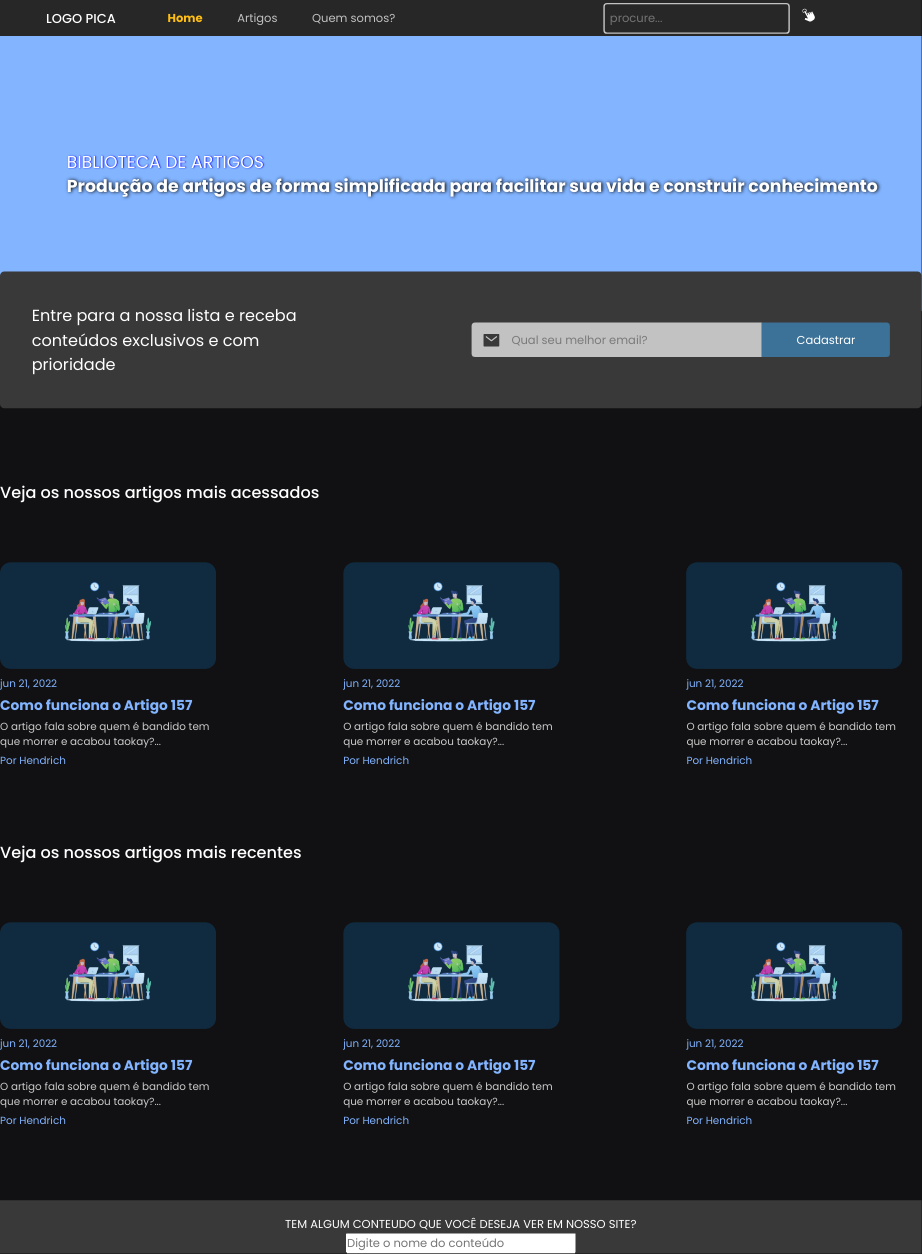
Repository: ArthurHendrich/Inepto
Page: /
These files come from the project's save history. The page is drawn as it stood at one moment and after the next save; the edit follows.
The browser window is 1280 px wide. The pictures show the whole page, at 72% of full size.
The project was rebuilt for these pictures with package versions that can differ from the ones it lists, and the page was loaded fresh each time. The framework's server and built-in components were replaced by stand-ins that run in the browser. Also part of the build but not shown: next.config.js.

Above is the page before, as saved 2022-07-06 21:30:17.

### src/pages/_app.tsx
import { AppProps } from "next/app";
import { Header } from "../components/header";

import '../styles/global.scss';

function MyApp({ Component, pageProps }: AppProps) {
  return (
    <>
    <Header />
    <Component {...pageProps} />
    </>
  );
}

export default MyApp;

### src/pages/_document.tsx
import Document, { Html, Head, Main, NextScript } from "next/document";

export default class MyDocument extends Document {
  render() {
    return (
      <Html>
        <Head>
          <link rel="preconnect" href="https://fonts.googleapis.com" />
          <link
            href="https://fonts.googleapis.com/css2?family=Poppins:wght@400;500;700;900&display=swap"
            rel="stylesheet"
          />
          <link rel="shortcut icon" href="favicon.png" type="image/png" />
        </Head>
        <body>
          <Main />
          <NextScript />
        </body>
      </Html>
    );
  }
}

### src/pages/index.tsx
import Head from "next/head";

import styles from "../styles/home.module.scss";

import { IoMailSharp } from 'react-icons/io5';

export default function Home() {
  return (
    <>
      <Head>
        <title>Direito Inepto</title>
      </Head>

      <main>
        <section className={styles.headerContainer}>
          <div className={styles.headerText}>
            <h1>BIBLIOTECA DE ARTIGOS</h1>
            <h2>
              Produção de artigos de forma simplificada para facilitar sua vida
              e construir conhecimento
            </h2>
          </div>
        </section>

        <section className={styles.inputContainer}>
          <h2>
            Entre para a nossa lista e receba conteúdos exclusivos e com
            prioridade
          </h2>
          <div className={styles.inputContent}>
            <div className={styles.ContentFake}>
              <IoMailSharp className={styles.mail}/>
              <input type="text" placeholder="Qual seu melhor email?" />
            </div>
              <button>Cadastrar</button>
          </div>
        </section>

        <section className={styles.acessContainer}>
          <div className={styles.acessTitle}>
            Veja os nossos artigos mais acessados
          </div>
          <div className={styles.acessContent}>
            <div className={styles.contentItem}>
              <img src="images/imagemteste.png" alt="teste" />
              <time>jun 21, 2022</time>
              <h2>Como funciona o Artigo 157</h2>
              <p>O artigo fala sobre quem é bandido tem que morrer e acabou taokay?...</p>
              <span>Por Hendrich</span>
            </div>
            <div className={styles.contentItem}>
              <img src="images/imagemteste.png" alt="teste" />
              <time>jun 21, 2022</time>
              <h2>Como funciona o Artigo 157</h2>
              <p>O artigo fala sobre quem é bandido tem que morrer e acabou taokay?...</p>
              <span>Por Hendrich</span>
            </div>
            <div className={styles.contentItem}>
              <img src="images/imagemteste.png" alt="teste" />
              <time>jun 21, 2022</time>
              <h2>Como funciona o Artigo 157</h2>
              <p>O artigo fala sobre quem é bandido tem que morrer e acabou taokay?...</p>
              <span>Por Hendrich</span>
            </div>
          </div>
        </section>

        <section className={styles.recentContainer}>
          <div className={styles.recentTitle}>
            Veja os nossos artigos mais recentes
          </div>
          <div className={styles.recentContent}>
            <div className={styles.contentItem}>
              <img src="images/imagemteste.png" alt="teste" />
              <time>jun 21, 2022</time>
              <h2>Como funciona o Artigo 157</h2>
              <p>O artigo fala sobre quem é bandido tem que morrer e acabou taokay?...</p>
              <span>Por Hendrich</span>
            </div>
            <div className={styles.contentItem}>
              <img src="images/imagemteste.png" alt="teste" />
              <time>jun 21, 2022</time>
              <h2>Como funciona o Artigo 157</h2>
              <p>O artigo fala sobre quem é bandido tem que morrer e acabou taokay?...</p>
              <span>Por Hendrich</span>
            </div>
            <div className={styles.contentItem}>
              <img src="images/imagemteste.png" alt="teste" />
              <time>jun 21, 2022</time>
              <h2>Como funciona o Artigo 157</h2>
              <p>O artigo fala sobre quem é bandido tem que morrer e acabou taokay?...</p>
              <span>Por Hendrich</span>
            </div>
          </div>
        </section>

        <section className={styles.contentContainer}>
          <div className={styles.contentTitle}>
            TEM ALGUM CONTEUDO QUE VOCÊ DESEJA VER EM NOSSO SITE?
          </div>
          <div className={styles.contentField}>
            <input type="text" placeholder="Digite o nome do conteúdo" />
          </div>
        </section>
      </main>
    </>
  );
}

### src/components/header/index.tsx
import styles from "./styles.module.scss";
import { GiClick } from "react-icons/gi";
import { ActiveLink } from "../ActiveLink";
import { useState } from "react";



export function Header() {
  const [inputText, setInputText] = useState('');



  return (
    <header className={styles.headerContainer}>
      <div className={styles.headerContent}>
        <div className={styles.headerItens}>
          <div className={styles.headerLogo}>
            <ActiveLink href="/" activeClassName={styles.active}>
              <a>LOGO PICA</a>
            </ActiveLink>
          </div>

          <nav>
            <ActiveLink href="/" activeClassName={styles.active}>
              <a>Home</a>
            </ActiveLink>

            <ActiveLink href="/posts" activeClassName={styles.active}>
              <a>Artigos</a>
            </ActiveLink>

            <ActiveLink href="/sobre" activeClassName={styles.active}>
              <a>Quem somos?</a>
            </ActiveLink>
          </nav>
        </div>

        <div className={styles.headerSearch}>
          <input
            type="text"
            value={inputText}
            placeholder="procure..."
            onChange={(e) => setInputText(e.target.value)}
          />
          <GiClick className={styles.headerSearchIcon}/>
        </div>
      </div>
    </header>
  );
}

### src/styles/global.scss
* {
  margin: 0;
  padding: 0;
  box-sizing: border-box;
}

:root {
  --white: #FFF;

  --gray-100: #C2C2C2;
  --gray-200: #CCCCCC;
  --gray-300: #7a7a7a;
  --gray-400: #3A3939;
  --gray-500: #272727;
  --gray-900: #111113;

  --blue-200: #3C7198;
  --blue-500: #82B4FF;
  --blue-900: #95D2FF;

  --purple-header: #2F1C6A;
  --purple-content: #492E9E;

  --yellow-500: #FFBE16;
}

@media (max-width: 1080px) {
  html {
    font-size: 93.75%;
  }
}

@media (max-width: 720px) {
  html {
    font-size: 87.5%;
  }
}

body{
  background: var(--gray-900);
  color: var(--white);
}

body, input, textarea, select, button {
  font: 400 1rem 'Poppins', sans-serif;
}

button {
  cursor: pointer;
}

a {
  color: inherit;
  text-decoration: none;
}

### src/styles/home.module.scss
.headerContainer {
  min-height: calc(60vh - 3.125rem);
  margin: 0 auto;
  display: flex;
  justify-content: center;
  align-items: center;
  padding: 0 2rem;
  background: var(--blue-500);

  .headerText {
    padding-left: 2rem;

    font-size: rem;

    h1 {
      font-weight: 50;
      cursor: pointer;
      text-shadow: 1px 0px 2px blue;
    }

    h2{
      font-weight: 700;
      line-height: 2rem;
      text-shadow: 1.5px 0px 5px black;
      cursor: pointer;
    }
  }

  img {
    width: 75%
  }
}

.inputContainer {
  max-width: 1475px;
  margin: 0 auto;
  margin-top: -55px;
  margin-bottom: 100px;
  padding: 2.75rem;
  display: flex;
  align-items: center;
  border-radius: 6px;
  background: var(--gray-400);

  h2 {
    font-size: 1.4rem;
    font-weight: 100;
  }

  .inputContent {
    padding-left: 15rem;
    display: flex;
    align-items: center;

    .ContentFake {
      display: flex;
      align-items: center;
      background: var(--gray-100);
      border-top-left-radius: 5px;
      border-bottom-left-radius: 5px;
      height: 3rem;

      input {
        margin-right: 2rem;
        border: none;
        background-color: transparent;
        color: var(--white);
        outline: none;
      }

      .mail{
        height: 25px;
        width: 25px;
        margin-right: 15px;
        margin-left: 15px;
        color: var(--gray-400);
      }
    }

    button {
      text-align: center;
      height: 3rem;
      background-color: var(--blue-200);
      border: 0;
      padding-left: 3rem;
      padding-right: 3rem;
      border-top-right-radius: 5px;
      border-bottom-right-radius: 5px;
      color: var(--white);

      transition: filter ease 0.2s;

      &:hover {
        filter: brightness(1.2);
      }
    }
  }


  *::placeholder {
    color: var(--gray-300);
  }
}


.acessContainer {
  max-width: 1700px;
  margin: 0 auto;

  .acessTitle {
    font-size: 1.4rem;
    font-weight: 500;
    margin-bottom: 80px;
  }

  .acessContent {
    max-width: 1500px;
    margin: 0 auto;


    display: grid;
    grid-template-columns: repeat(3, 1fr);
    gap: 150px;

    .contentItem {
      display: flex;
      flex-direction: column;
      max-width: 300px;

      img {
        width: 100%;
        height: 100%;
        object-fit: cover;
      }

      time {
        margin-top: 10px;
        margin-bottom: 5px;
        font-size: 0.9rem;
        color: var(--blue-500)
      }

      h2 {
        font-size: 1.2rem;
        margin-bottom: 5px;
        color: var(--blue-500)
      }

      p {
        font-size: 0.9rem;
        color: var(--gray-200);
        margin-bottom: 5px;
      }

      span {
        font-size: 0.9rem;
        color: var(--blue-500);
      }
    }
  }

  margin-bottom: 100px;
}

.recentContainer {
  max-width: 1700px;
  margin: 0 auto;

  .recentTitle {
    font-size: 1.4rem;
    font-weight: 500;
    margin-bottom: 80px;
  }

  .recentContent {
    max-width: 1500px;
    margin: 0 auto;


    display: grid;
    grid-template-columns: repeat(3, 1fr);
    gap: 150px;

    .contentItem {
      display: flex;
      flex-direction: column;
      max-width: 300px;

      img {
        width: 100%;
        height: 100%;
        object-fit: cover;
      }

      time {
        margin-top: 10px;
        margin-bottom: 5px;
        font-size: 0.9rem;
        color: var(--blue-500)
      }

      h2 {
        font-size: 1.2rem;
        margin-bottom: 5px;
        color: var(--blue-500)
      }

      p {
        font-size: 0.9rem;
        color: var(--gray-200);
        margin-bottom: 5px;
      }

      span {
        font-size: 0.9rem;
        color: var(--blue-500);
      }
    }
  }

  margin-bottom: 100px;
}

.contentContainer {
  background-color: var(--gray-400);
  padding-top: 20px;
  display: flex;
  align-items: center;
  justify-content: center;
  flex-direction: column;
}

### src/components/header/styles.module.scss
.headerContainer {
  height: 3.125rem;
  background: var(--gray-500);
  color: var(--white);

}


.headerContent {
  height: 3.125rem;
  margin: 0 auto;
  display: flex;
  padding: 0 4rem;
  align-items: center;
  justify-content: space-between;

  .headerItens {
    display: flex;
    align-items: center;
    justify-content: space-between;

    .headerLogo {
      margin-right: 4rem;
      font-size: 1.125rem;
      font-weight: 500;
    }

    nav {
      height: 6rem;

      a {
        display: inline-block;
        position: relative;
        padding: 0 0.5rem;
        height: 6rem;
        line-height: 6rem;
        color: var(--gray-100);
        transition: color 0.2s;

        & + a {
          margin-left: 2rem;
        }

        &:hover {
          color: var(--white);
        }

        &.active{
          color: var(--yellow-500);
          font-weight: bold;
        }
      }
    }
  }

  .headerSearch {
    padding: 0 0.5rem;

    input {
      margin-right: 1rem;
      border: 2px solid var(--gray-100);
      border-radius: 5px;
      background: transparent;
      width: 70%;
      padding: 0.4375rem 0.4375rem;
      color: var(--gray-300);
    }

    .headerSearchIcon {
      height: 20px;
      width: 20px;
      cursor: pointer;

      transition: all 0.2s;

      &:hover {
        color: var(--yellow-500);
        filter: brightness(0.9);
      }
    }
  }
}

### src/components/ActiveLink/index.tsx
import Link, { LinkProps } from "next/link";
import { useRouter } from "next/router";
import { cloneElement, ReactElement } from "react";

interface ActiveLinkProps extends LinkProps {
  children: ReactElement;
  activeClassName: string;
}

export function ActiveLink ({ children, activeClassName, ...rest }: ActiveLinkProps) {
  const { asPath } = useRouter();

  const className = asPath === rest.href ? activeClassName : '';


  return (
    <Link {...rest}>
      {cloneElement(children, { className })}
    </Link>
  )
}

After the next save:
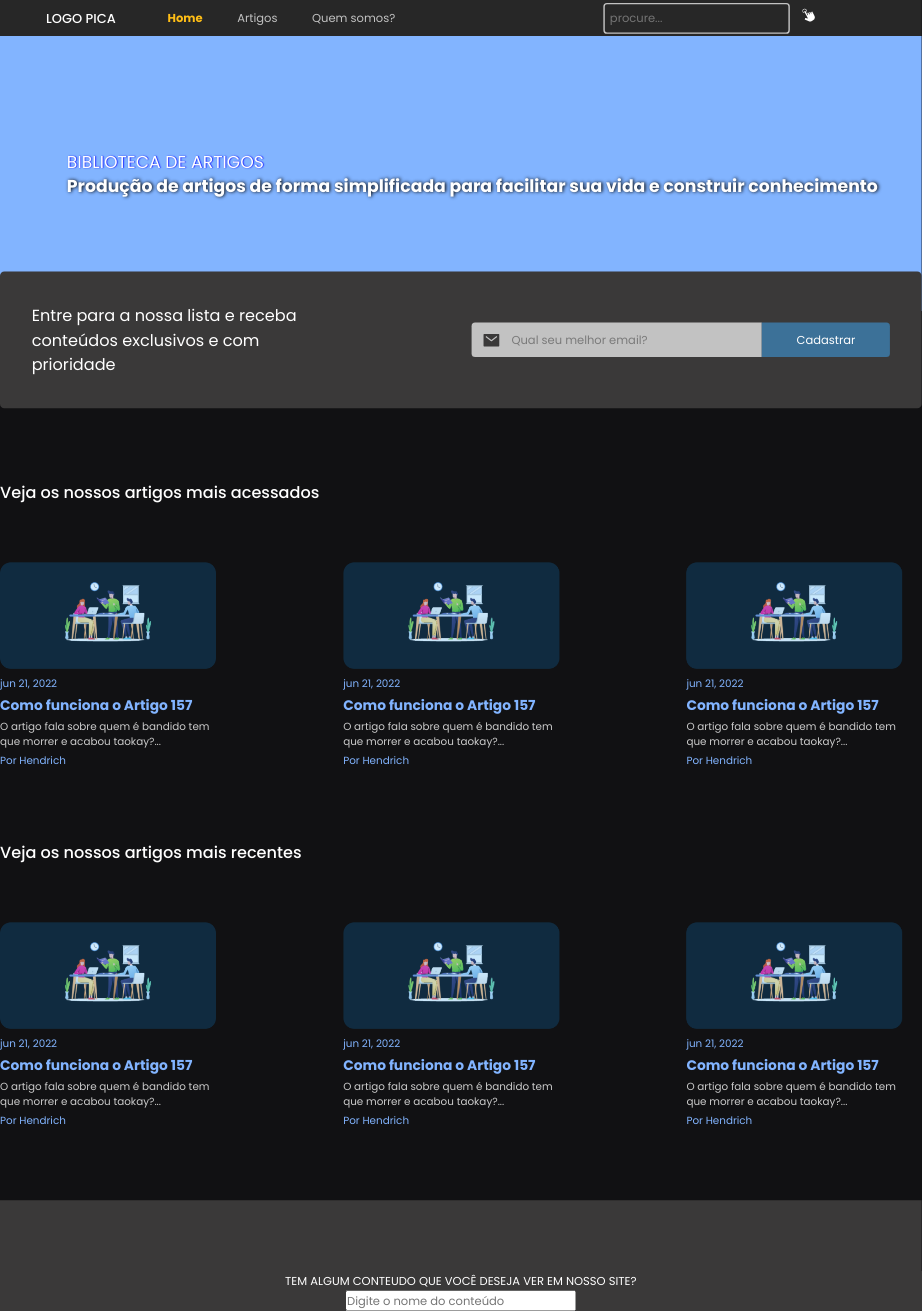
Saved 8 s later.
--- a/src/styles/home.module.scss
+++ b/src/styles/home.module.scss
@@ -223,7 +223,7 @@
 
 .contentContainer {
   background-color: var(--gray-400);
-  padding-top: 20px;
+  padding-top: 100px;
   display: flex;
   align-items: center;
   justify-content: center;
